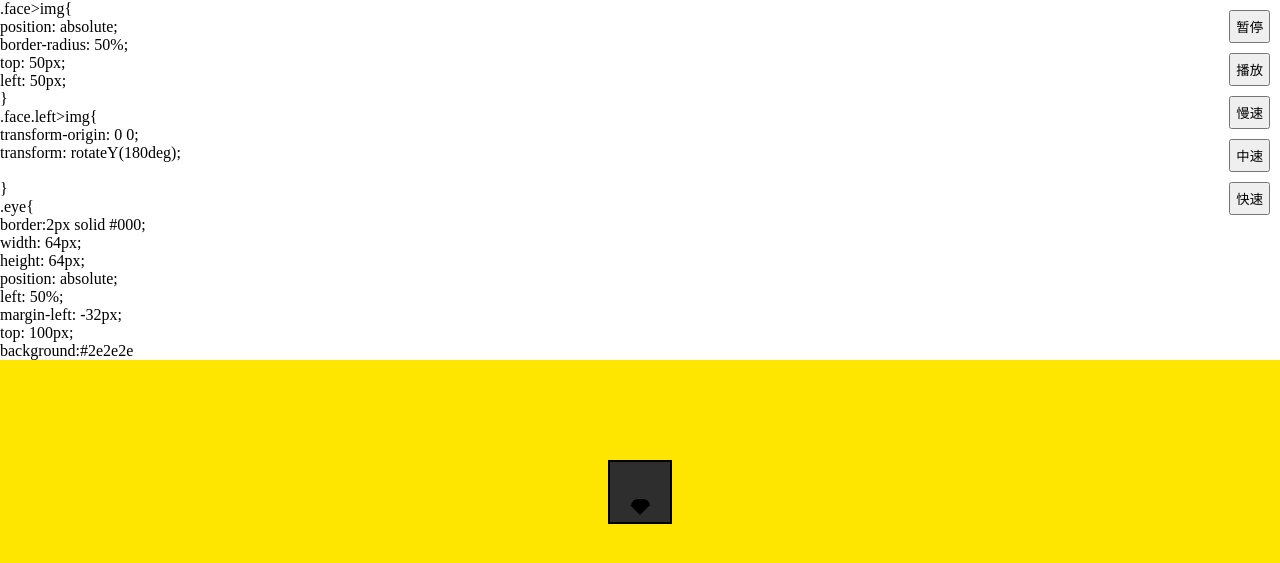
Repository: chenguocan/Pokemon
Page: src/test.html
An editor plug-in stored every save of this project. The page is shown before and after the next save, followed by the edit.
The browser window is 1280 px wide. The pictures show the whole page.
An inner scrolling area shows only its first screen.

Above is the page before, as saved 2020-08-16 19:08:08.

### src/test.html
<!DOCTYPE html>
<html lang="en">

<head>
    <meta charset="UTF-8">
    <meta name="viewport" content="width=device-width, initial-scale=1.0">
    <title>Document</title>
    <style>
        * {
            box-sizing: border-box;
            margin: 0;
            padding: 0;
        }

        *::after {
            box-sizing: border-box;
        }

        *::before {
            box-sizing: border-box;
        }

        #demo2 {
            display: none;
        }

        #demo {
            position: fixed;
            height: 50vh;
            top: 0;
            left: 0;
            width: 100%;
            overflow-y: auto;
        }

        #demo::-webkit-scrollbar {
            display: none;
        }

        #html {
            position: fixed;
            bottom: 0;
            left: 0;
            width: 100%;
            height: 50vh;
        }

        #buttons {
            position: fixed;
            display: flex;
            flex-direction: column;
            z-index: 10;
            margin-top: 10px;
            margin-right: 10px;
            top: 0;
            right: 0;
        }

        #buttons>button {
            padding: 5px;
            margin-bottom: 10px;
        }
    </style>
</head>

<body>
    <div id="demo"></div>
    <style id="demo2"></style>
    <div id="buttons">
        <button id="btnPause">暂停</button>
        <button id="btnPlay">播放</button>
        <button id="btnSlow">慢速</button>
        <button id="btnNormal">中速</button>
        <button id="btnFase">快速</button>
    </div>

    <div id="html">
        <div class="skin">
            <div class="eye left"></div>
            <div class="eye right"></div>
            <div class="nose">
                <div class="yuan"></div>
            </div>
            <div class="face left">
                <img src="./images/3.gif" alt="">
            </div>
            <div class="face right">
                <img src="./images/3.gif" alt="">
            </div>
            <div class="mouth">
                <div class="up">
                    <div class="lip left"></div>
                    <div class="lip right"></div>
                </div>
                <div class="down">
                    <div class="yuan1">
                        <div class="yuan2"></div>
                    </div>
                </div>
            </div>
        </div>
    </div>
    <script src="test.js"></script>
</body>

</html>

### src/test.js
// import string from "./css.js"
const string = `.skin *{
    box-sizing: border-box;
    margin: 0;
    padding: 0;
}
.skin *::after{
    box-sizing: border-box;
}
.skin *::before{
    box-sizing: border-box;
}
.skin{
    position: relative;
    background:#ffe600;
    min-height: 50vh;
}
.nose{
    border: 10px solid;
    border-color:black transparent transparent transparent;
    width: 0px;
    height: 0px;
    position: relative;
    left: 50%;
    top: 145px;
    margin-left: -10px;
    z-index: 10;
}
@keyframes wave{
    0%{
        transform: rotate(0deg);
    }
    33%{
        transform: rotate(5deg);
    }
    66%{
        transform: rotate(-5deg);
    }
    100%{
        transform: rotate(0deg);
    }
}
.nose:hover{
    transform-origin: 50% 100%;
    animation:wave 500ms infinite;
}
.yuan{
    position: absolute;
    width: 18.5px;
    height: 7px;
    background:black;
    top:-16px;
    left:-9px;
    border-radius:14px 14px 0 0;
}
.face>img{
    position: absolute;
    border-radius: 50%;
    top: 50px;
    left: 50px;
}
.face.left>img{
    transform-origin: 0 0;
    transform: rotateY(180deg);

}
.eye{
    border:2px solid #000;
    width: 64px;
    height: 64px;
    position: absolute;
    left: 50%;
    margin-left: -32px;
    top: 100px;
    background:#2e2e2e;
    border-radius: 50%;
}
.eye::before{
    content:"";
    display: block;
    border:3px solid white;
    width: 25px;
    height: 25px;
    border-radius: 50%;
    background:#fff;
    position: relative;
    left: 8px;
    top:2px;
}
.left{
    transform: translateX(-100px);
}
.right{
    transform: translateX(100px);
}
.mouth{
    width:200px;
    height: 200px;
    position: absolute;
    left: 50%;
    top:170px;
    margin-left: -100px;
}
.mouth .up{
    position: relative;
    top: -7px;
}
.mouth .up .lip{
    border:5px solid black;
    height: 30px;
    width:100px;
     background:#ffe600;
    border-top-color:transparent ;
    border-right-color: transparent;
    left: 50%;
    margin-left: -50%;
    z-index: 1;
}
.mouth .up .lip.left{
    border-radius: 0 0 0 50px;
    position: relative;
    transform: rotate(-20deg);
    position: absolute;
}
.mouth .up .lip.left::before{

    right: -6px;

}
.mouth .up .lip::before{
    content:"";
    display: block;
    width: 7px;
    height: 30px;
    position: absolute;
    bottom: 0;
    background:#ffe600;
}
.mouth .up .lip.right{
    border-radius: 0 0 50px 0;
    position: relative;
    transform: rotate(20deg) translateX(48px) translateY(-18px);
    position: absolute;
    left: 50%;
    margin-left: -50px;
}
.mouth .up .lip.right::before{

    left: -6px;

}
.mouth .down{
    height: 180px;
    position: absolute;
    top:0px;
    width: 100%;
    overflow:hidden;
}
.mouth .down .yuan1{
    border:3px solid black;
    height: 1000px;
    width: 150px;
    border-radius: 75px/300px;
    position: absolute;
    bottom: 0;
    left: 50%;
    margin-left: -75px;
    background:#9b000a;
    overflow: hidden;
}
.mouth .down .yuan1 .yuan2{

    background: #ff485f;
    height: 300px;
    width: 200px;
    position: absolute;
    bottom:-155px;
    left: 50%;
    margin-left: -100px;
    border-radius: 120px;
}
.face{
    position: absolute;
    left: 50%;
    border:3px solid black;
    width: 88px;
    height: 88px;
    top:200px;
    margin-left: -44px;
    z-index:3;
}
.face .left{
    transform: translateX(-200px);
    background:#ff0000;
    border-radius: 50%;
}
.face.left{
    transform: translateX(-200px);
    background:#ff0000;
    border-radius: 50%;
}
.face.right{
    transform: translateX(200px);
    background:#ff0000;
    border-radius: 50%;
}`
let n = 1;
const btnPause = document.querySelector("#btnPause");
const btnPlay = document.querySelector("#btnPlay");
const btnSlow = document.querySelector("#btnSlow");
const btnNormal = document.querySelector("#btnNormal");
const btnFast = document.querySelector("#btnFast");
const demo2 = document.querySelector("#demo2");
const demo = document.querySelector("#demo");
demo.innerText = string.substr(0, n);
demo2.innerHTML = string.substr(0, n);

const x = () => {
    n += 1;
    if (n > string.length) {
        window.clearInterval(id);
        return
    }
    demo.innerText = string.substr(0, n);
    demo2.innerHTML = string.substr(0, n);
    demo.scrollTop = demo.scrollHeight;
    console.log(string);
}

let id = setInterval(() => {
    x();
}, 1)

After the next save:
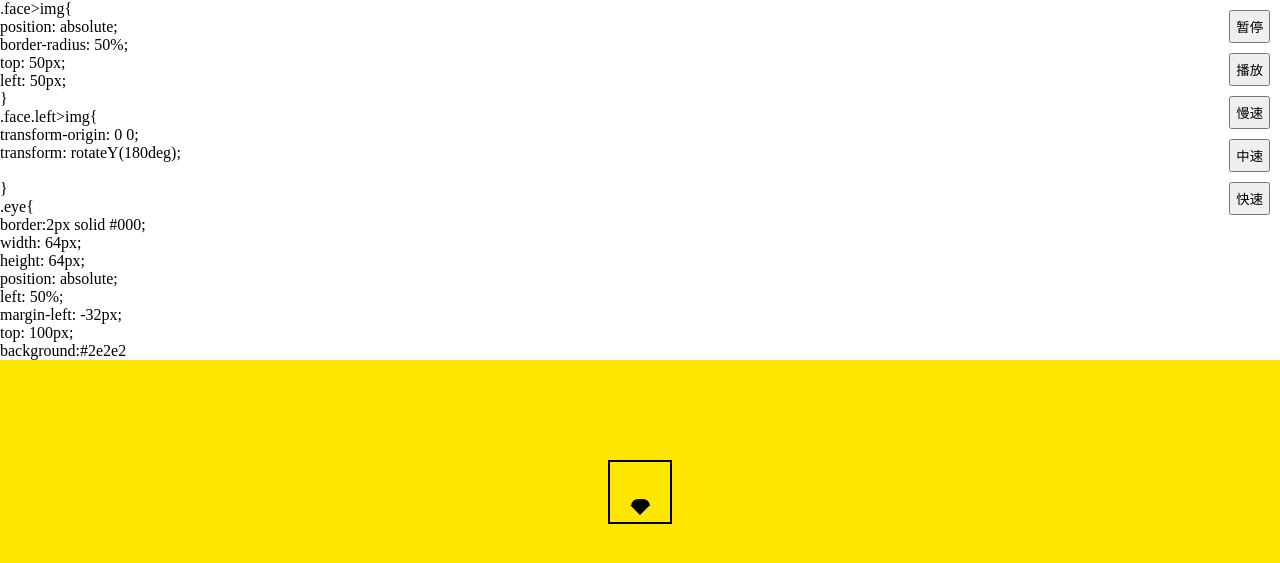
Saved 2 min 2 s later.
--- a/src/test.js
+++ b/src/test.js
@@ -1,5 +1,6 @@
 // import string from "./css.js"
-const string = `.skin *{
+const string = `
+.skin *{
     box-sizing: border-box;
     margin: 0;
     padding: 0;
